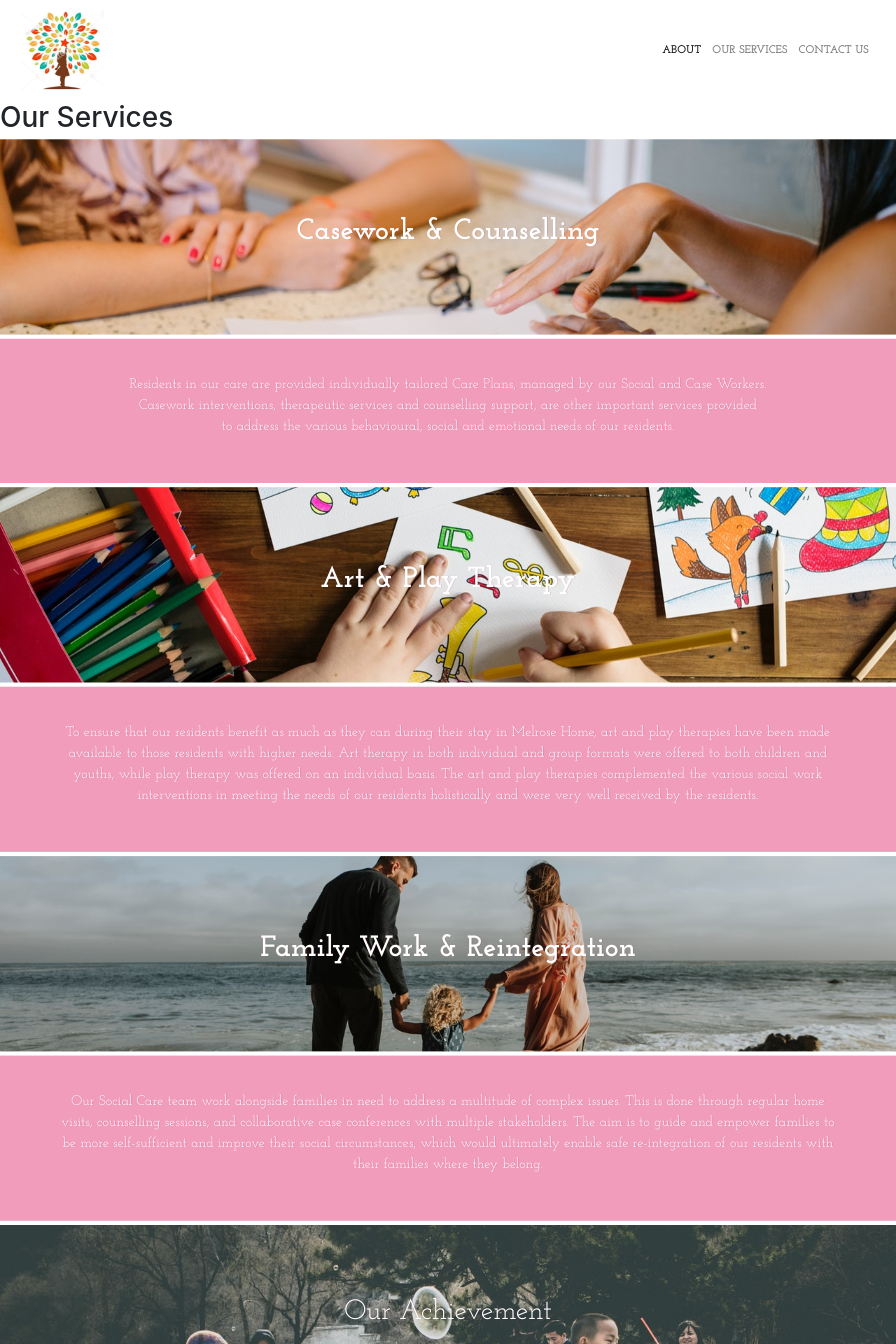
Repository: Code-Institute-Submissions/Jasonngyt-Project1
Page: services.html
The author's editor kept a record of every edit. The page is drawn from the files as they stood at one moment, then again after the next edit.
The browser window is 1280 px wide. The pictures show the part of the page from y = 0 to 1920 px (the page is 2863 px tall), at 70% of full size.
A picture or video elsewhere on the page could not be fetched, so the positions and the page height are approximate. Backgrounds fixed to the window are drawn as part of the page. Some web fonts or font styles are not loaded; a fallback is used. Some web libraries are served in a nearby version.

Above is the page before.

After the next edit:
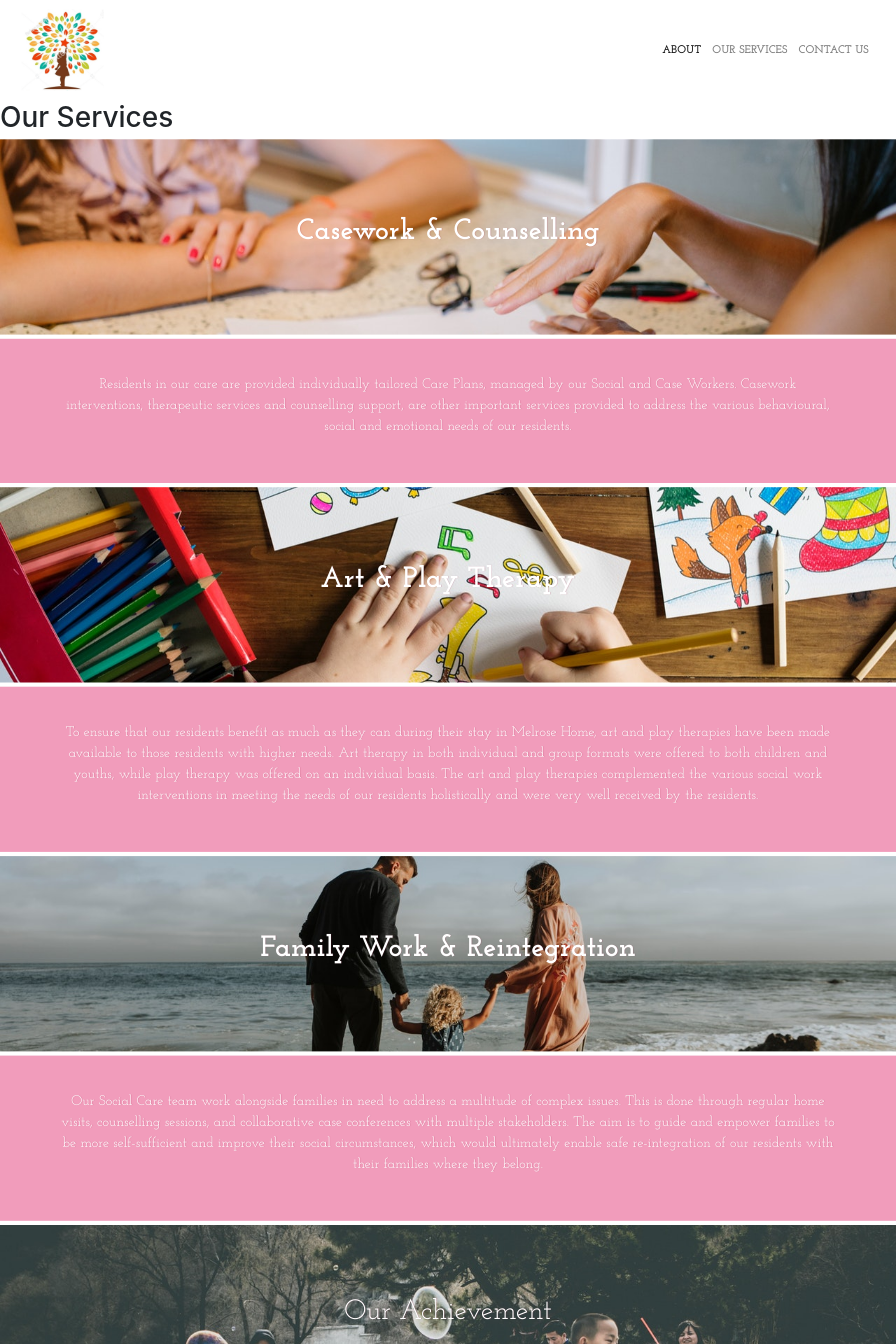
The edit:
--- a/services.html
+++ b/services.html
@@ -57,8 +57,8 @@
     <div class="service_word">
         <p class="container">
             Residents in our care are provided individually tailored Care Plans, managed by our Social and Case Workers.
-            <br>Casework interventions, therapeutic services and counselling support, are other important services provided
-            <br>to address the various behavioural, social and emotional needs of our residents.
+            Casework interventions, therapeutic services and counselling support, are other important services provided
+            to address the various behavioural, social and emotional needs of our residents.
         </p>
     </div>
 
